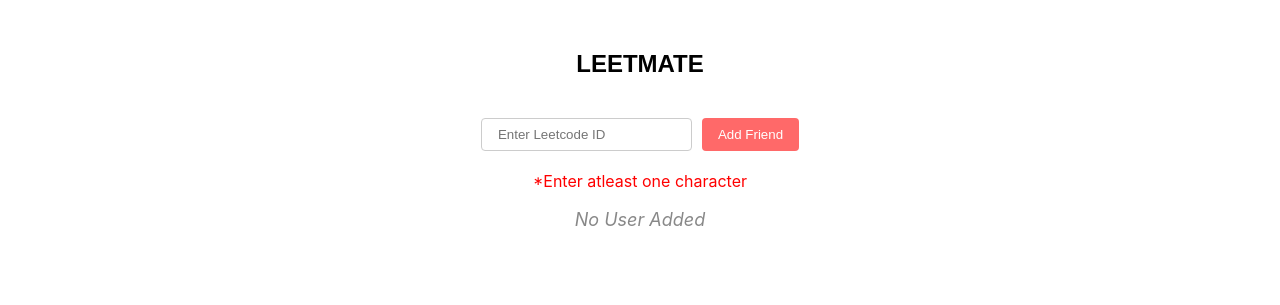
Repository: Sanketh149/leetcode-discord
Page: /
The author's editor kept a copy of each file at every save. The page is drawn from the files as they stood at one save, then again after the next save.
The browser window is 1280 px wide. The pictures show the whole page.
The project was rebuilt for these pictures with package versions that can differ from the ones it lists, and the page was loaded fresh each time. Also part of the build but not shown: src/Modal.module.css, src/Modal.js, src/Cart.module.css, src/Cart.js.

Above is the page before, as saved 2023-06-21 17:11:28.

After the next save:
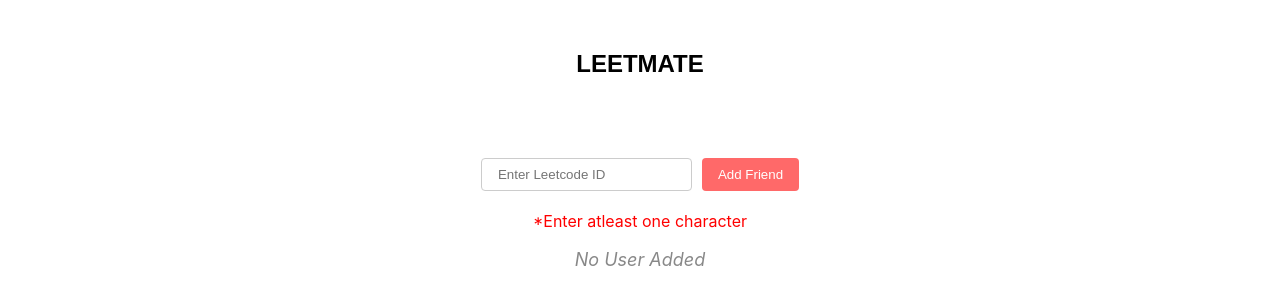
Saved 20 s later.
--- a/src/App.css
+++ b/src/App.css
@@ -6,7 +6,7 @@
 .app__title {
   font-family: Arial, Helvetica, sans-serif;
   font-size: 24px;
-  margin-bottom: 40px;
+  margin-bottom: 80px;
 }
 
 .app__form {
